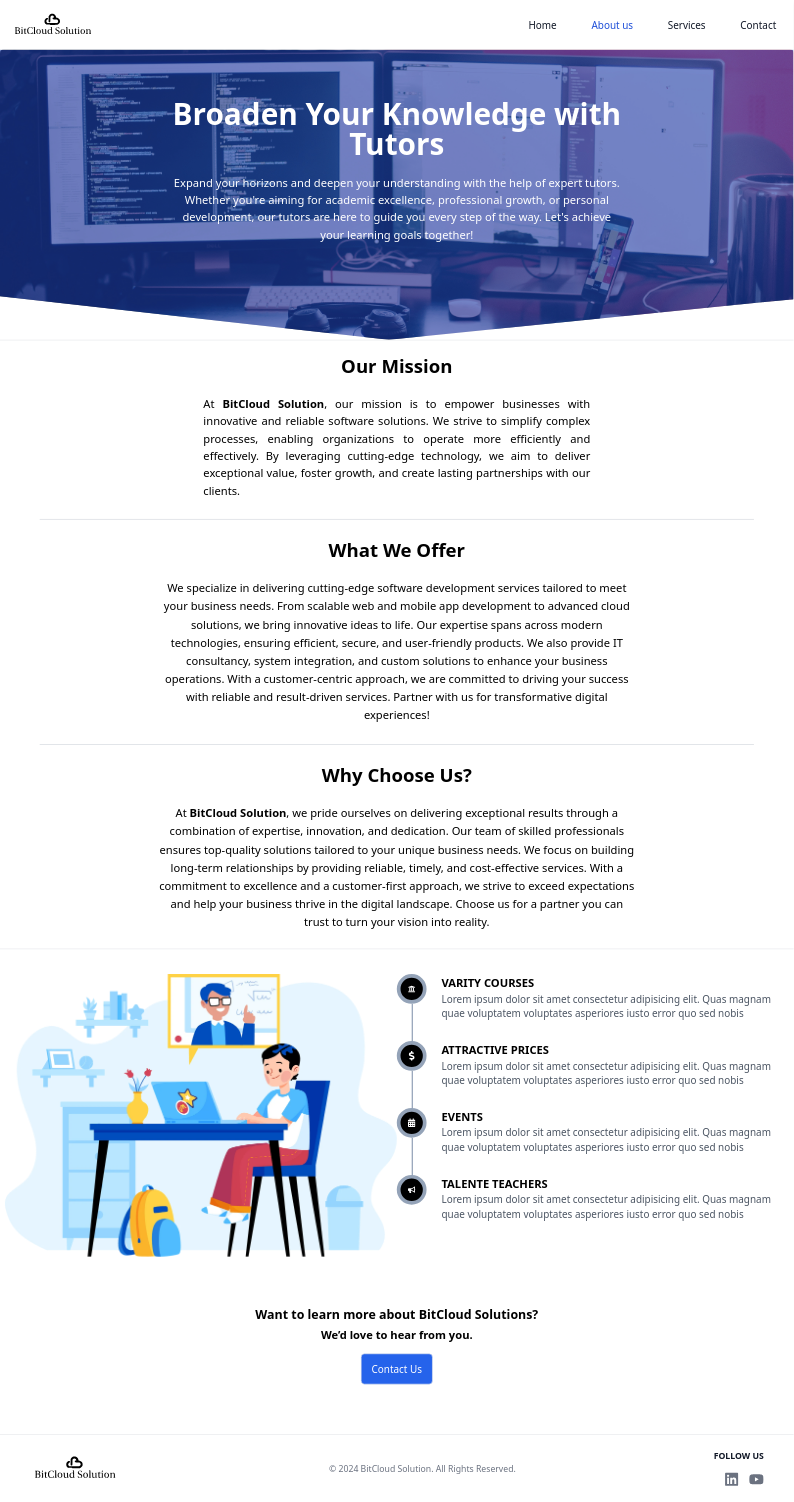
Repository: huzaifaBitCloud/BitCloud-website
Page: /about-us
These files come from the project's save history. The page is drawn as it stood at one moment and after the next save; the edit follows.
The browser window is 1280 px wide. The pictures show the whole page, at 62% of full size.
The project was rebuilt for these pictures with package versions that can differ from the ones it lists, and the page was loaded fresh each time. The framework's server and built-in components were replaced by stand-ins that run in the browser. Also part of the build but not shown: next.config.mjs.

Above is the page before, as saved 2025-01-27 12:24:43.

After the next save:
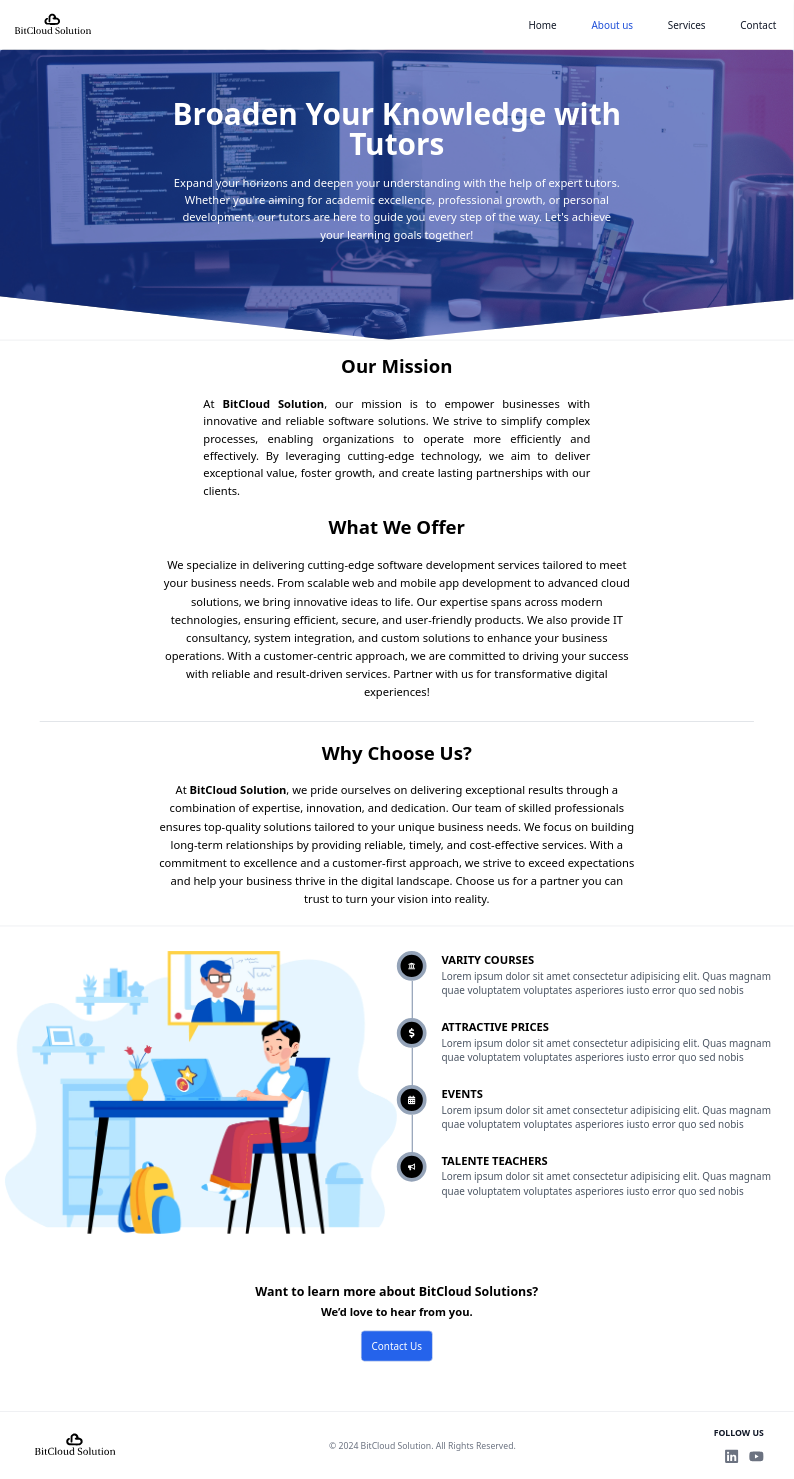
Saved 8 min 2 s later.
--- a/src/components/About.tsx
+++ b/src/components/About.tsx
@@ -59,19 +59,7 @@
           </p>
         </div>
 
-        {/* <div className="text-center">
-          <h2 className="text-3xl font-bold my-6">Our Mission</h2>
-          <p className="px-2 my-7 text-lg leading-relaxed max-w-3xl mx-auto">
-            At <strong>BitCloud Solution</strong>, we are committed to
-            simplifying the construction process by offering precise and
-            detailed estimates, ensuring you stay within budget and avoid
-            unnecessary costs. We strive to help homeowners, builders, and
-            contractors make informed decisions by delivering fast and accurate
-            quotes.
-          </p>
-        </div> */}
-
-        <hr className="my-8 border-gray-300" />
+        {/* <hr className="my-8 border-gray-300" /> */}
 
         {/* What We Offer */}
         <div className="text-center">

After the save that followed:
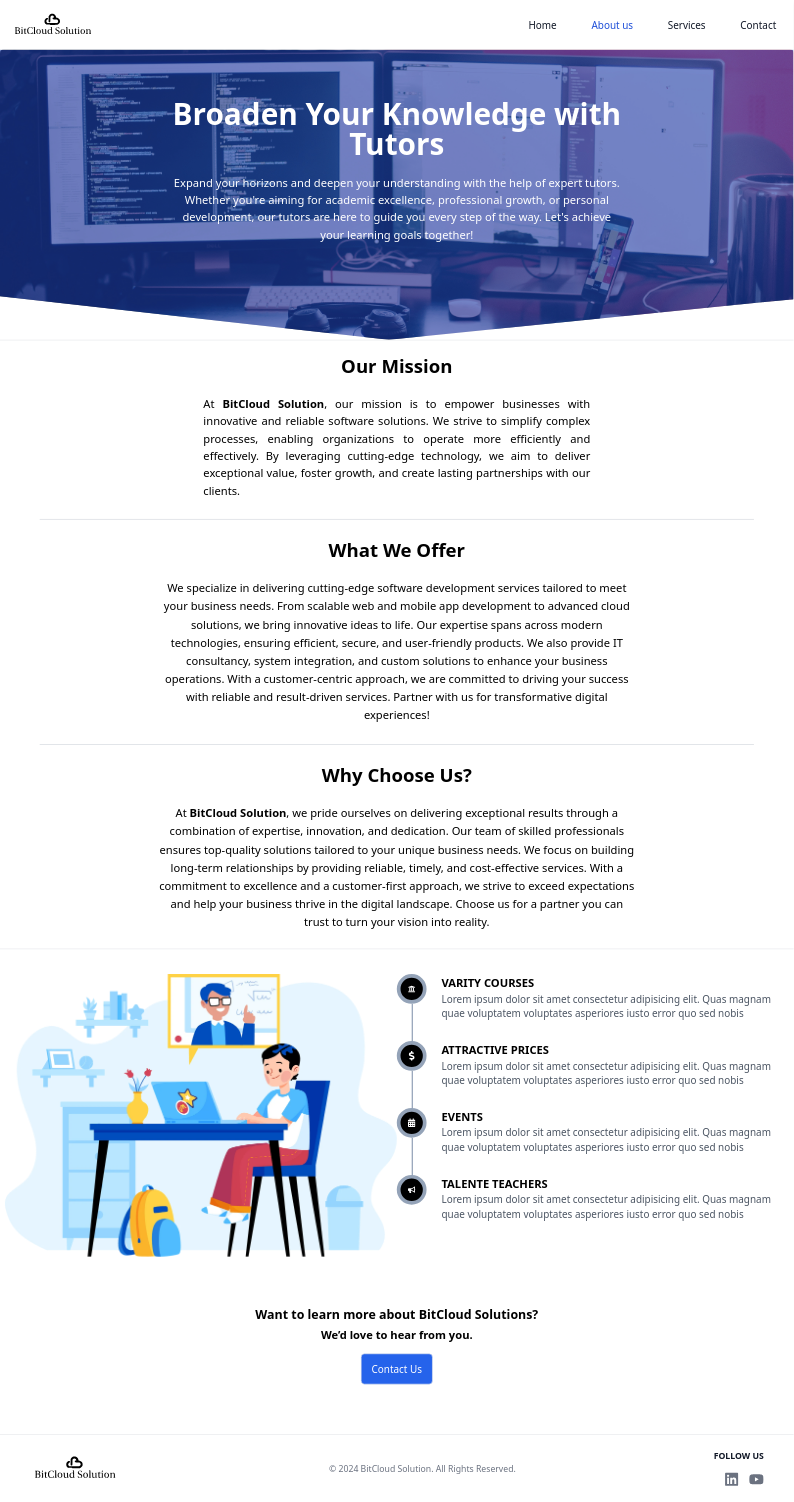
Saved 10 s later.
--- a/src/components/About.tsx
+++ b/src/components/About.tsx
@@ -59,7 +59,7 @@
           </p>
         </div>
 
-        {/* <hr className="my-8 border-gray-300" /> */}
+        <hr className="my-8 border-gray-300" />
 
         {/* What We Offer */}
         <div className="text-center">
